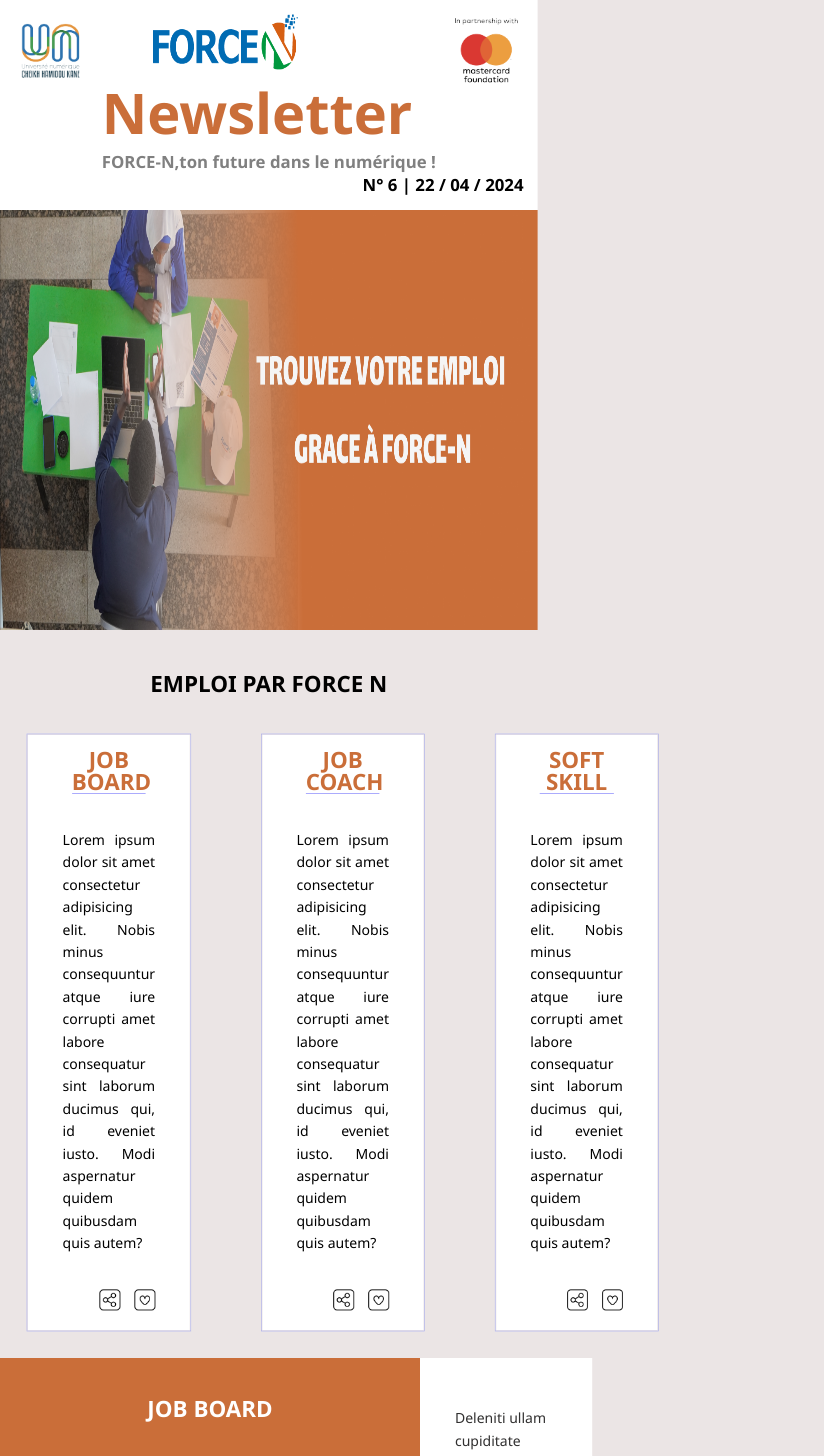
Repository: Ken-dia/newsletters_force_n
Page: index.html
The author's editor kept a copy of each file at every save. The page is drawn from the files as they stood at one save, then again after the next save.
The browser window is 768 px wide. The page is 1177 px wide, then 870 px, so the pictures cover 1177 px, including what lies to the right of the window. The pictures show the part of the page from y = 0 to 2080 px (the page is 13895 px tall before and 14145 px after), at 70% of full size.

Above is the page before, as saved 2024-04-23 11:21:49.

After the next save:
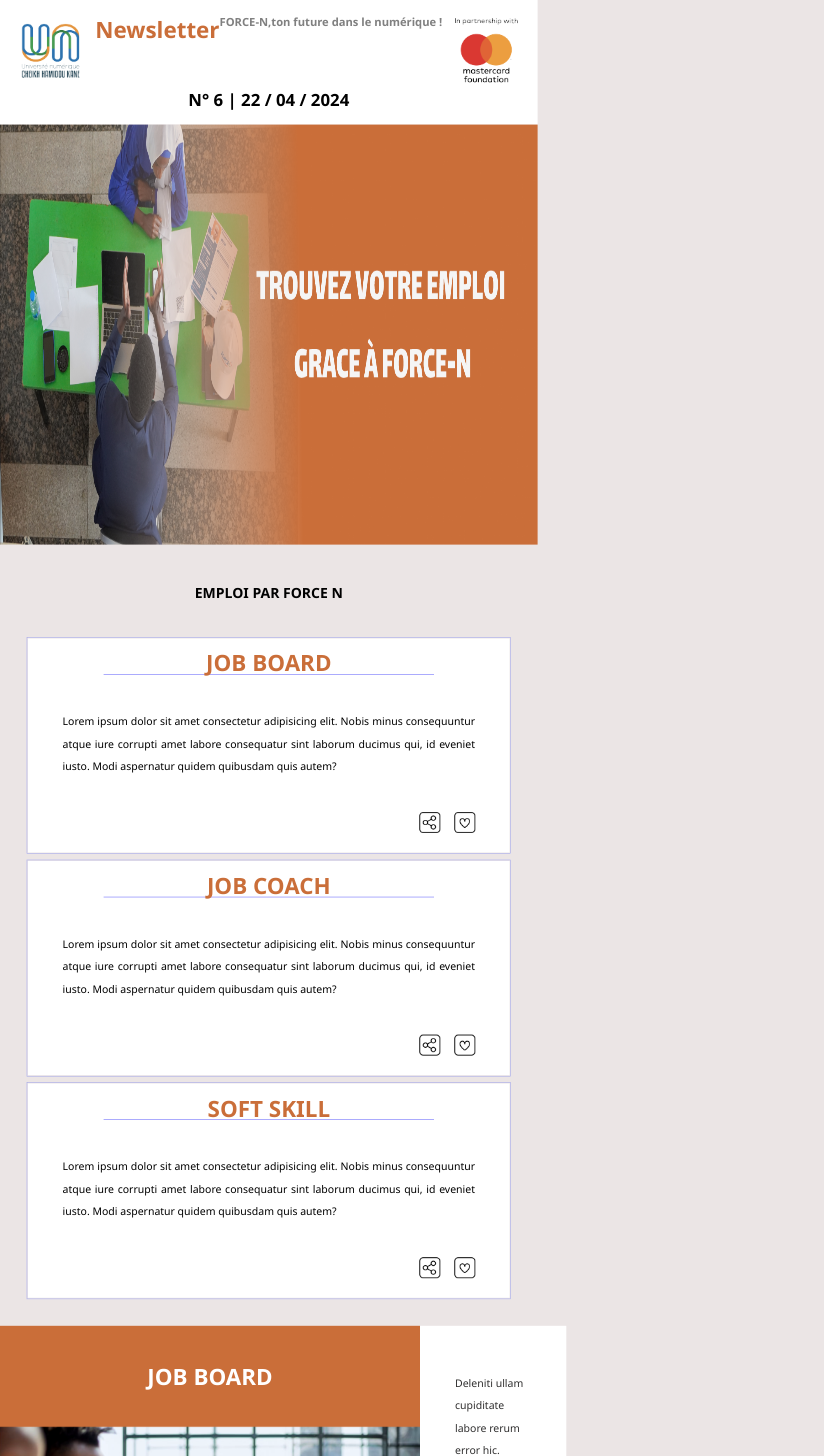
Saved 9 min 30 s later.
--- a/styles.css
+++ b/styles.css
@@ -234,3 +234,117 @@
     line-height: 32px;
     color: rgb(49, 48, 48);
 }
+
+@media screen and (max-width: 768px) {
+    .actualite .items {
+        grid-template-columns: 1fr;
+    }
+    .essentiel .contenu {
+        font-size: 15px;
+    }
+    .essentiel .slogan {
+        font-size: 20px;
+    }
+    .essentiel .btn {
+        display: flex;
+        justify-content: center;
+    }
+    .essentiel .btn .btn-candidature {
+        font-size: 15px;
+    }
+    .actualite .item h3 {
+        font-size: 20px;
+    }
+    .actualite .item a {
+        display: flex;
+        justify-content: center;
+    }
+    .actualite .item img {
+        width: 100%;
+        height: 100%;
+    }
+    .entretiens .text {
+        font-size: 15px;
+    }
+    .entretiens .text h3 {
+        font-size: 20px;
+    }
+    .entretiens .text p {
+        text-align: justify;
+        line-height: 1.5rem;
+    }
+    .embauche .items {
+        grid-template-columns: 1fr;
+    }
+    .logo_force_n {
+        display: none;
+    }
+    .title-newsletters {
+        font-size: 2rem;
+    }
+    .subtitle-newsletters {
+        font-size: 1rem;
+    }
+    .logo {
+        display: flex;
+        justify-content: center;
+    }
+    .day {
+        display: flex;
+        justify-content: center;
+    }
+    .title-emploie {
+        font-size: 20px;
+    }
+    .emploie {
+        display: grid;
+        grid-template-rows: 1fr;
+        grid-template-columns: 1fr;
+        gap: 8px 50px;
+    }
+    .item {
+        padding: 20px;
+    }
+    .text {
+        font-size: 15px;
+    }
+    .contenu {
+        font-size: 15px;
+    }
+    .slogan {
+        font-size: 20px;
+    }
+    .btn-candidature {
+        font-size: 15px;
+    }
+    .dictionnaire {
+        padding: 20px;
+    }
+    .actualite {
+        padding: 20px;
+    }
+    .actualite .items {
+        gap: 8px 50px;
+    }
+    .actualite .item h3 {
+        font-size: 20px;
+    }
+    .footer {
+        padding: 20px;
+    }
+    .icons {
+        gap: 20px;
+    }
+    .adresse {
+        font-size: 15px;
+    }
+    .contenu span {
+        font-size: 15px;
+    }
+    p {
+        font-size: 15px;
+    }
+
+
+
+}
